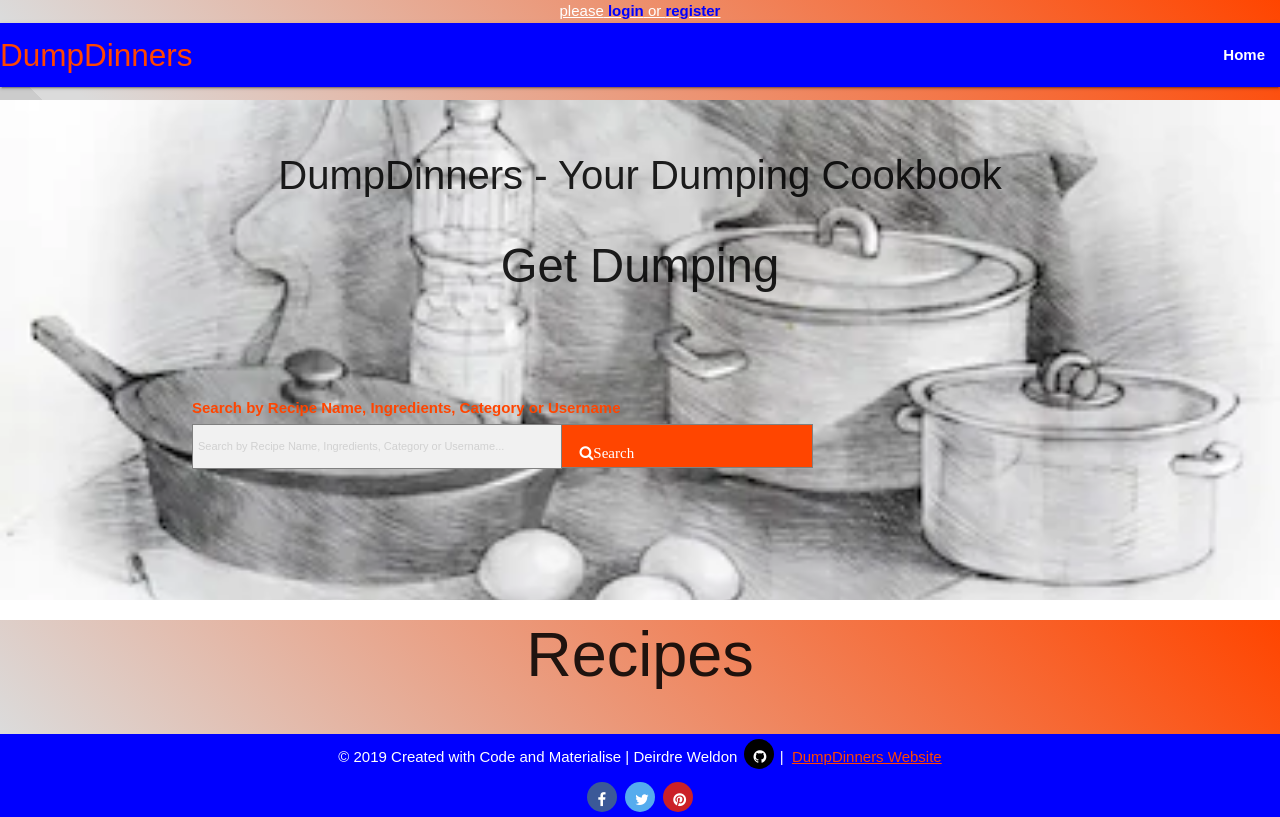
Repository: Deirdre18/dumpdinners-recipe-app
Page: http://localhost/
The author's editor kept a record of every edit. The page is drawn from the files as they stood at one moment, then again after the next edit.
The browser window is 1280 px wide. The pictures show the whole page.
Some web libraries are served in a nearby version. The page is served by the project's application, run on Flask 3 (app.py). Queries for data that is not in the repository find no rows.

Above is the page before.

After the next edit:
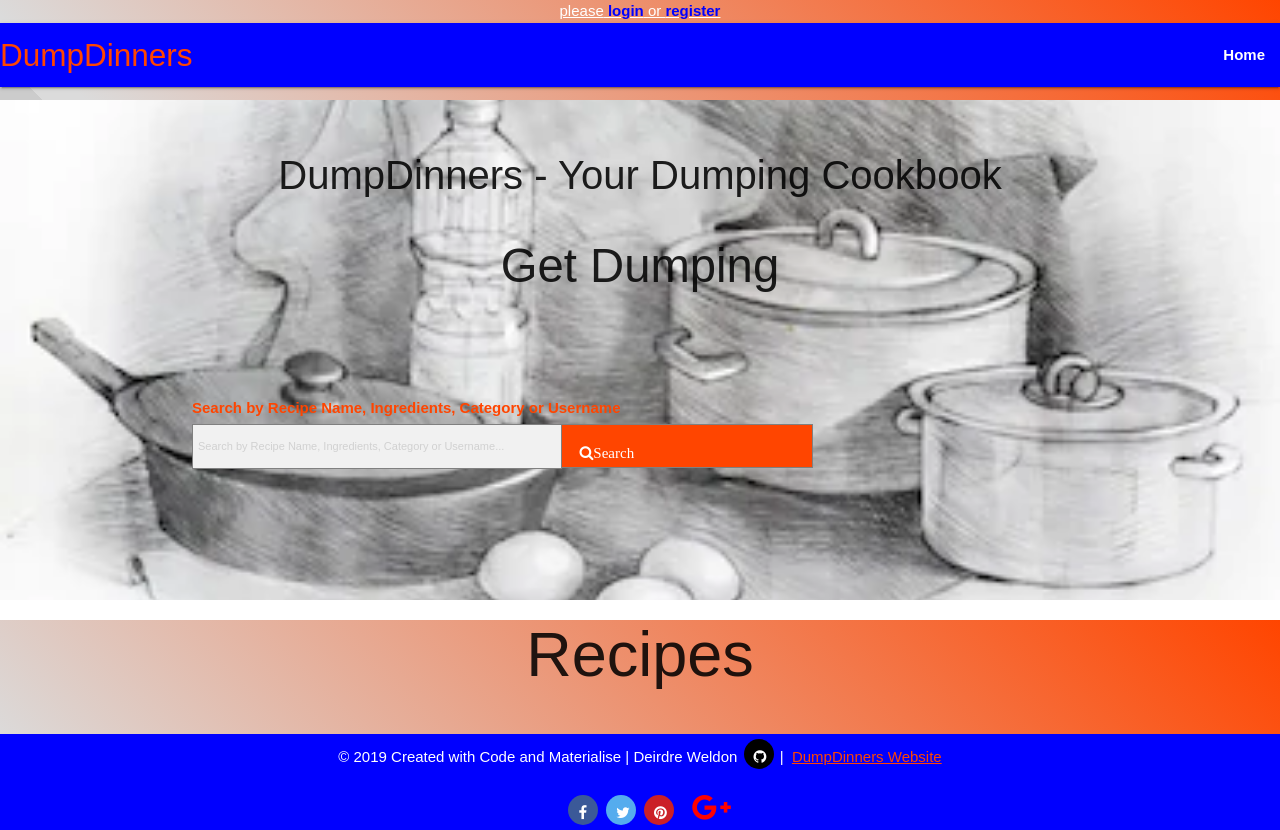
The edit:
--- a/templates/base.html
+++ b/templates/base.html
@@ -286,6 +286,7 @@
         <a href="https://www.facebook.com/" class="fa fa-facebook"></a>
                 <a href="https://www.twitter.com/" class="fa fa-twitter"></a>
                 <a href="https://www.pinterest.com/" class="fa fa-pinterest"></a>
+                <a href="https://plus.google.com/" class="fa fa-google-plus" style="font-size:30px; color:red"></a>
             </div>
 </body>
 </html>
